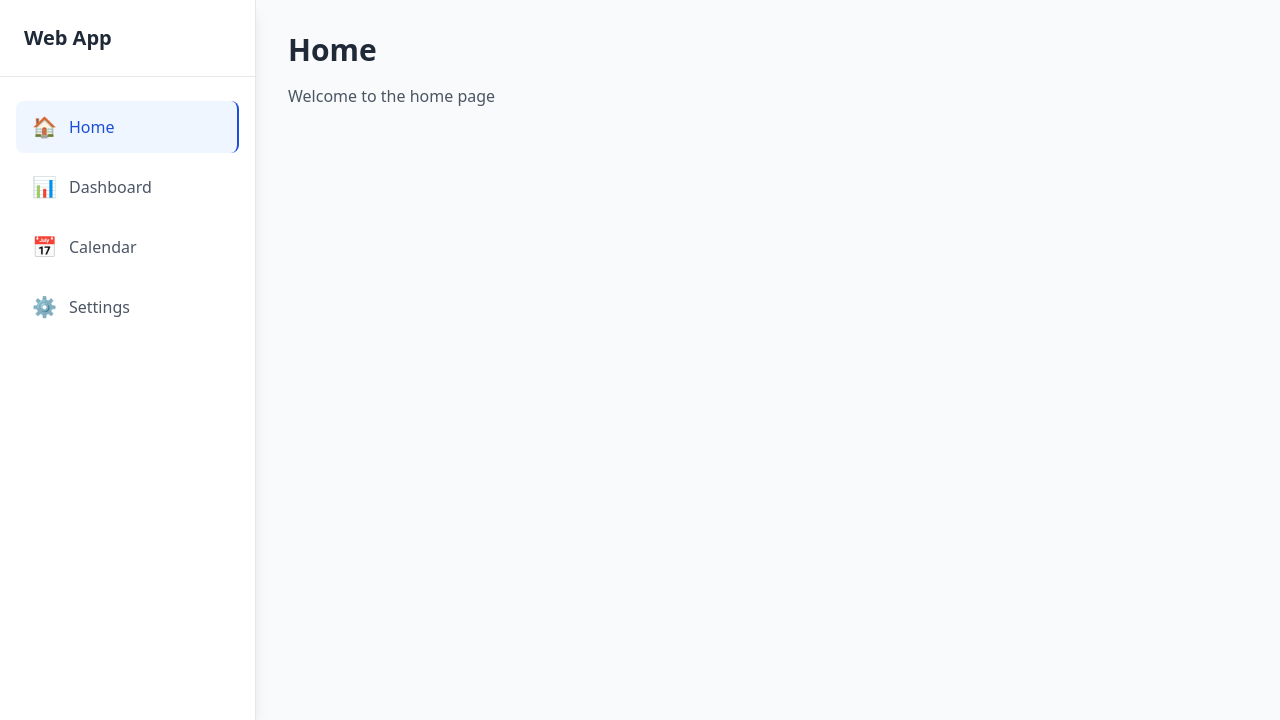
Repository: Adriann34/web-app
Page: /
These files come from the project's save history. The page is drawn as it stood at one moment and after the next save; the edit follows.
The browser window is 1280 px wide. The pictures show the whole page.
The project was rebuilt for these pictures with package versions that can differ from the ones it lists, and the page was loaded fresh each time. Also part of the build but not shown: src/pages/DashboardPage.tsx, src/pages/CalendarPage.tsx, src/pages/SettingsPage.tsx.

Above is the page before, as saved 2025-07-27 14:16:48.

### src/App.tsx
import React, { useState } from 'react';
import Sidebar from './components/Sidebar';
import HomePage from './pages/HomePage';
import DashboardPage from './pages/DashboardPage';
import CalendarPage from './pages/CalendarPage';
import SettingsPage from './pages/SettingsPage';

function App() {
  const [currentPage, setCurrentPage] = useState('home');

  const renderPage = () => {
    switch (currentPage) {
      case 'home':
        return <HomePage />;
      case 'dashboard':
        return <DashboardPage />;
      case 'calendar':
        return <CalendarPage />;
      case 'settings':
        return <SettingsPage />;
      default:
        return <HomePage />;
    }
  };

  return (
    <div className="flex min-h-screen bg-gray-50">
      <Sidebar currentPage={currentPage} onPageChange={setCurrentPage} />
      <main className="flex-1">
        {renderPage()}
      </main>
    </div>
  );
}

export default App;

### src/components/Sidebar.tsx
import React from 'react';

interface SidebarProps {
  currentPage: string;
  onPageChange: (page: string) => void;
}

function Sidebar({ currentPage, onPageChange }: SidebarProps) {
  const menuItems = [
    { id: 'home', label: 'Home', icon: '🏠' },
    { id: 'dashboard', label: 'Dashboard', icon: '📊' },
    { id: 'calendar', label: 'Calendar', icon: '📅' },
    { id: 'settings', label: 'Settings', icon: '⚙️' },
  ];

  return (
    <div className="w-64 bg-white h-screen shadow-lg border-r border-gray-200">
      {/* Logo/Header */}
      <div className="p-6 border-b border-gray-200">
        <h2 className="text-xl font-bold text-gray-800">Web App</h2>
      </div>

      {/* Navigation Menu */}
      <nav className="mt-6">
        <ul className="space-y-2 px-4">
          {menuItems.map((item) => (
            <li key={item.id}>
              <button
                onClick={() => onPageChange(item.id)}
                className={`w-full flex items-center px-4 py-3 text-left rounded-lg transition-colors duration-200 ${
                  currentPage === item.id
                    ? 'bg-blue-50 text-blue-700 border-r-2 border-blue-700'
                    : 'text-gray-600 hover:bg-gray-50 hover:text-gray-800'
                }`}
              >
                <span className="text-xl mr-3">{item.icon}</span>
                <span className="font-medium">{item.label}</span>
              </button>
            </li>
          ))}
        </ul>
      </nav>
    </div>
  );
}

export default Sidebar;

### src/pages/HomePage.tsx
import React from 'react';

function HomePage() {
  return (
    <div className="p-8">
      <h1 className="text-3xl font-bold text-gray-800">Home</h1>
      <p className="text-gray-600 mt-4">Welcome to the home page</p>
    </div>
  );
}

export default HomePage;

Loaded but not shown: public/index.html (common file); src/index.tsx (common file); src/index.css (common file); src/reportWebVitals.ts (common file); tailwind.config.js (common file)

After the next save:
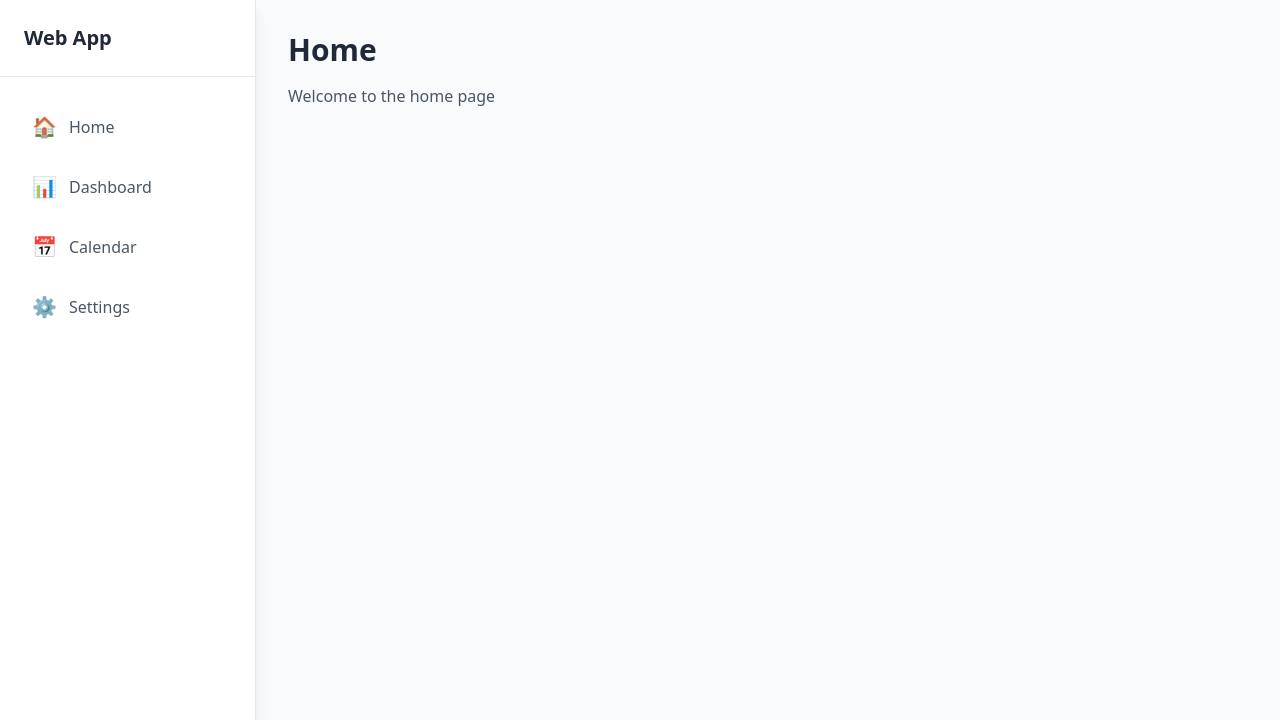
Saved 6 min 34 s later.
--- a/src/App.tsx
+++ b/src/App.tsx
@@ -1,4 +1,5 @@
-import React, { useState } from 'react';
+import React from 'react';
+import { BrowserRouter as Router, Routes, Route } from 'react-router-dom';
 import Sidebar from './components/Sidebar';
 import HomePage from './pages/HomePage';
 import DashboardPage from './pages/DashboardPage';
@@ -6,30 +7,20 @@ import CalendarPage from './pages/CalendarPage';
 import SettingsPage from './pages/SettingsPage';
 
 function App() {
-  const [currentPage, setCurrentPage] = useState('home');
-
-  const renderPage = () => {
-    switch (currentPage) {
-      case 'home':
-        return <HomePage />;
-      case 'dashboard':
-        return <DashboardPage />;
-      case 'calendar':
-        return <CalendarPage />;
-      case 'settings':
-        return <SettingsPage />;
-      default:
-        return <HomePage />;
-    }
-  };
-
   return (
-    <div className="flex min-h-screen bg-gray-50">
-      <Sidebar currentPage={currentPage} onPageChange={setCurrentPage} />
-      <main className="flex-1">
-        {renderPage()}
-      </main>
-    </div>
+    <Router>
+      <div className="flex min-h-screen bg-gray-50">
+        <Sidebar />
+        <main className="flex-1">
+          <Routes>
+            <Route path="/" element={<HomePage />} />
+            <Route path="/dashboard" element={<DashboardPage />} />
+            <Route path="/calendar" element={<CalendarPage />} />
+            <Route path="/settings" element={<SettingsPage />} />
+          </Routes>
+        </main>
+      </div>
+    </Router>
   );
 }
 
